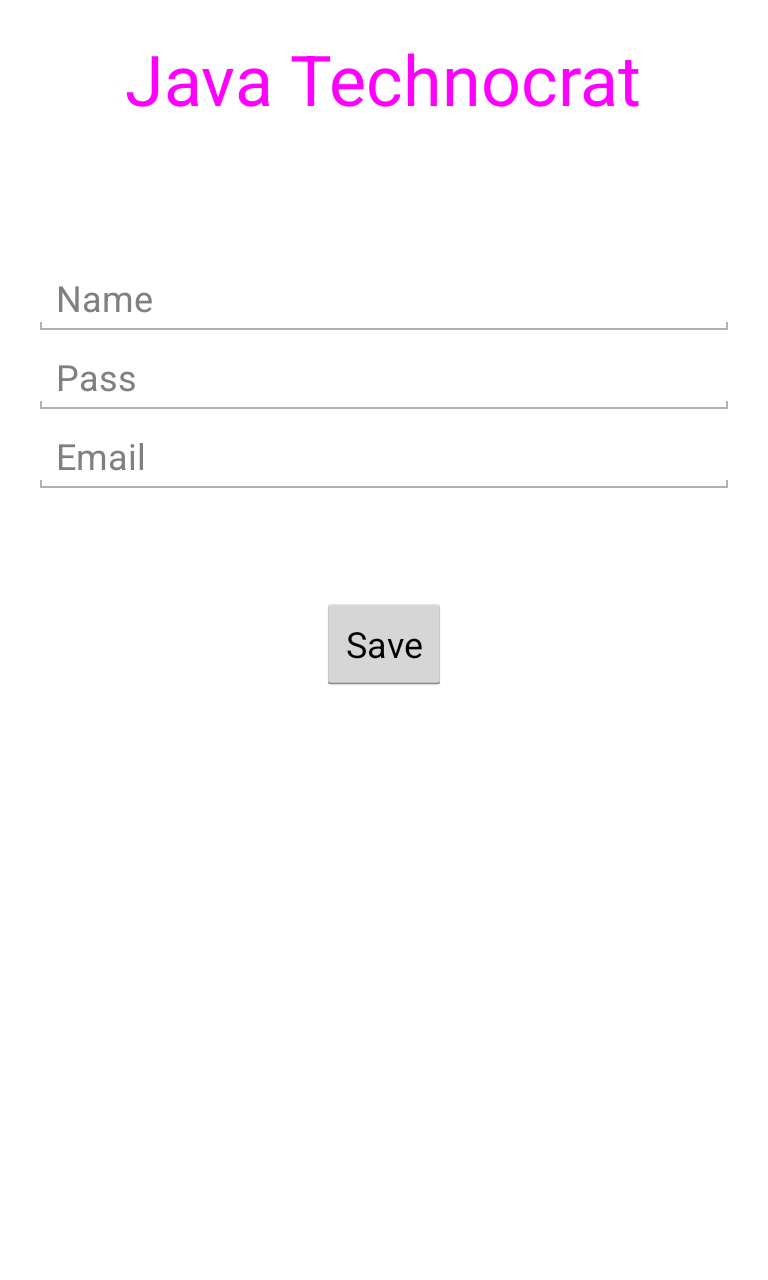
Repository: yashmoda/Android-Practice
Layout: SharedPreferenceDemo/res/layout/activity_main.xml
The author's editor kept a copy of each file at every save. The layout is drawn from the files as they stood at one save, then again after the next save.
It is drawn on a 768 x 1280 px phone screen (xhdpi) without system bars, with theme AppTheme; the app's code is not run. The app's manifest (not shown) leaves right-to-left support off. So textAlignment, textDirection and layoutDirection are ignored, and left and right values win over start and end ones.

Above is the layout before, as saved 2017-06-15 05:02:49.

After the next save:
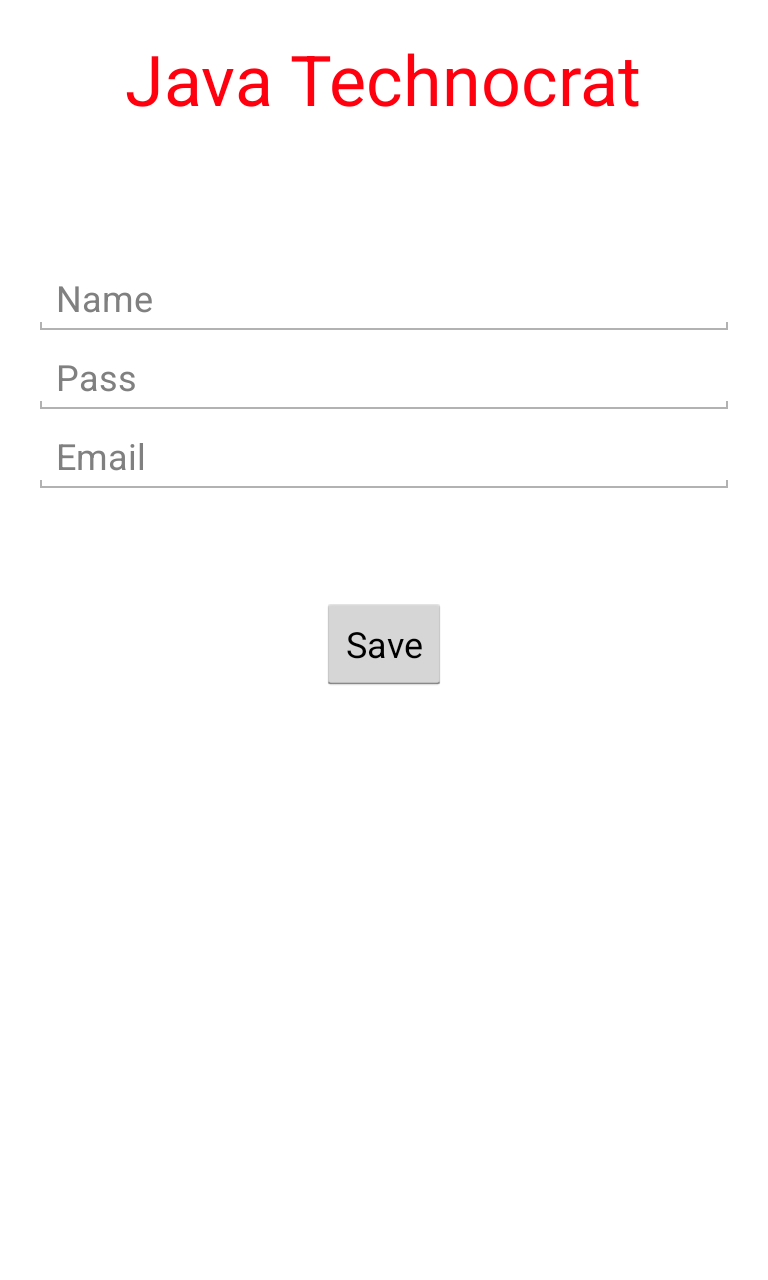
Saved 9 s later.
--- a/SharedPreferenceDemo/res/layout/activity_main.xml
+++ b/SharedPreferenceDemo/res/layout/activity_main.xml
@@ -17,7 +17,7 @@
       android:layout_below="@+id/textView"
       android:layout_centerHorizontal="true"
       android:textSize="35dp"
-      android:textColor="#ff00ff" />
+      android:textColor="#ff000f" />
 
    <EditText
       android:layout_width="wrap_content"
